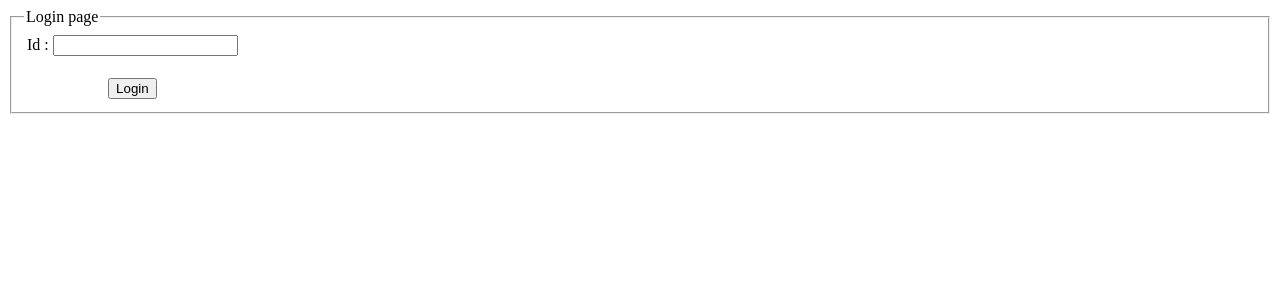
Repository: 81akshucaptain/TY_CG_HTD_BangloreNovember_JFS_AkahaykumarAgasanalli
Page: Akshay-BACK end codes/Servlet/mywebapp/src/main/webapp/loginPage.html
An editor plug-in stored every save of this project. The page is shown before and after the next save, followed by the edit.
The browser window is 1280 px wide. The pictures show the whole page.

Above is the page before, as saved 2019-12-16 14:00:09.

After the next save:
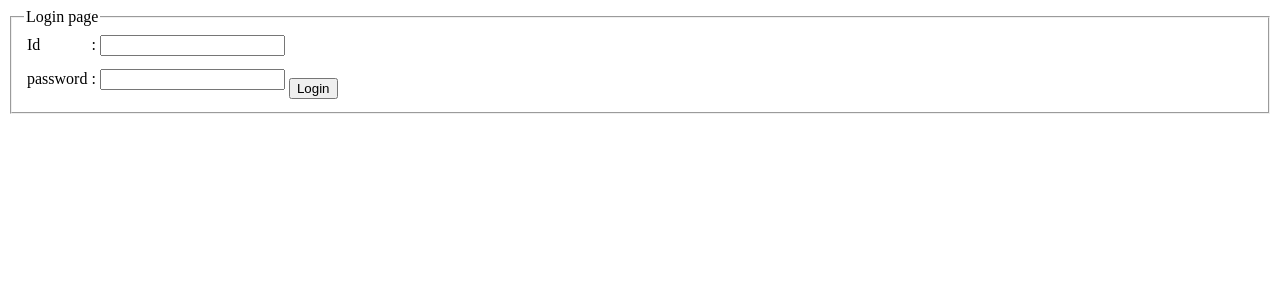
Saved 2 min 57 s later.
--- a/Akshay-BACK end codes/Servlet/mywebapp/src/main/webapp/loginPage.html
+++ b/Akshay-BACK end codes/Servlet/mywebapp/src/main/webapp/loginPage.html
@@ -6,7 +6,7 @@
 </head>
 <body>
 
-<fieldset>
+	<fieldset>
 		<legend>Login page</legend>
 		<form action="./Login" method="post">
 
@@ -14,9 +14,13 @@
 				<tr>
 					<td>Id</td>
 					<td>:</td>
-					<td><input type="password" name="password" required></td>
+					<td><input type="number" name="empId" required></td>
 				</tr>
 				<tr>
+					<td>password</td>
+					<td>:</td>
+					<td><input type="password" name="passowrd" required></td>
+
 					<td colspan="3" align="center"><br> <input type="submit"
 						value="Login"></td>
 				</tr>
